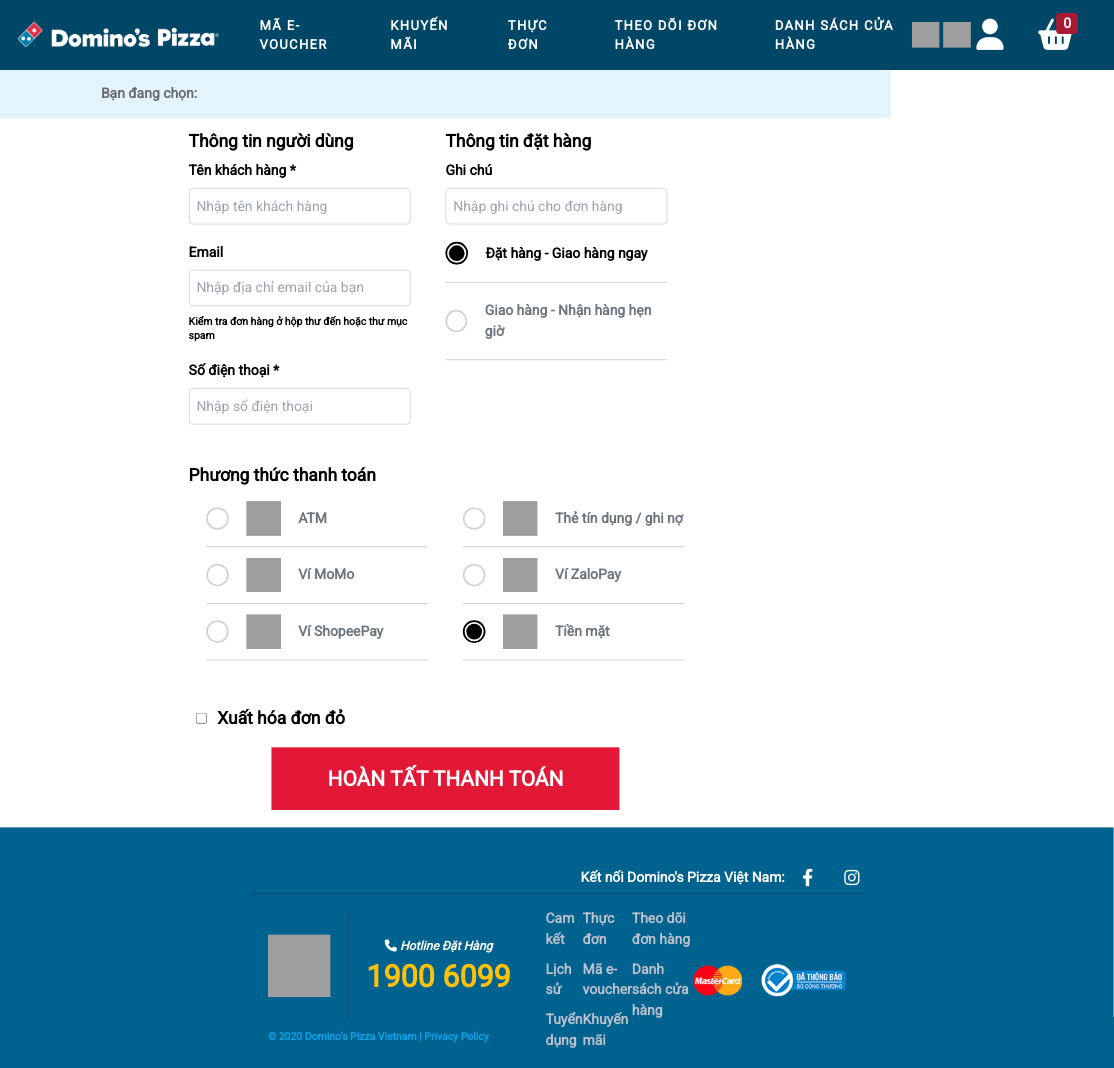
Repository: iphoneboy46/pizza-domino
Page: /thanhtoan
The author's editor kept a copy of each file at every save. The page is drawn from the files as they stood at one save, then again after the next save.
The browser window is 1280 px wide. The pictures show the whole page, at 87% of full size.
Pictures or frames that could not be fetched are drawn as grey boxes. The page's requests for data from a server got no answer. Some web libraries are served in a nearby version. The project was rebuilt for these pictures with package versions that can differ from the ones it lists, and the page was loaded fresh each time. No one was signed in, and anything a server would have sent is missing. Also part of the build but not shown: src/components/Slides/Slides.css, src/components/Slides/Slides.js, src/components/SearchAddress/SearchAddress.css, src/components/SearchAddress/SearchAddress.js, src/components/page/Order/Order.js, src/components/page/Home/Home.css, src/components/page/Login/Login.css, src/components/page/InputField/InputField.js and 35 more.

Above is the page before, as saved 2023-03-01 14:15:38.

After the next save:
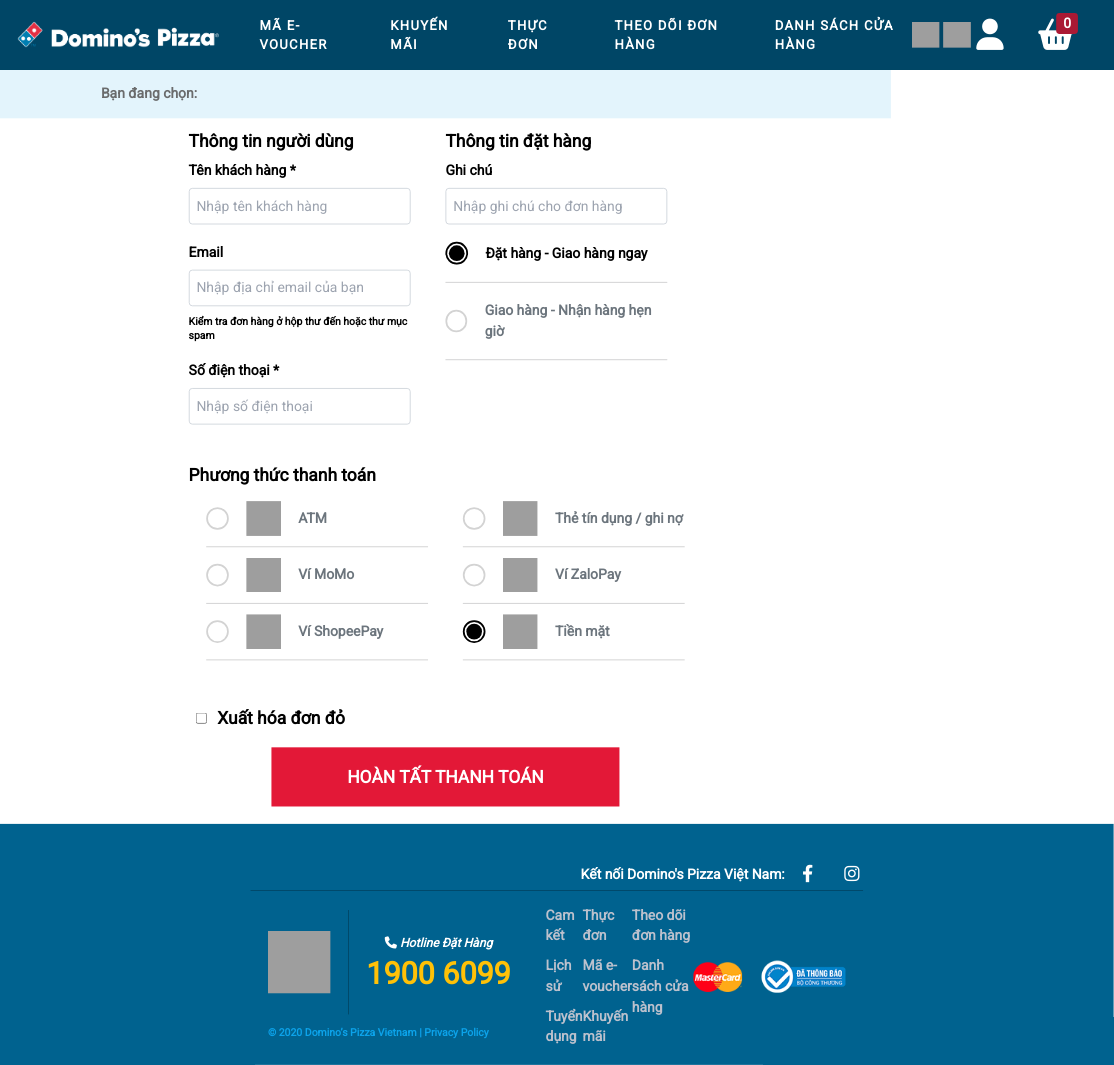
Saved 19 s later.
--- a/src/components/page/ThanhToan/ThanhToan.js
+++ b/src/components/page/ThanhToan/ThanhToan.js
@@ -415,7 +415,7 @@
               </div>
             )}
           </div>
-          <div className="m-auto font-bold text-2xl uppercase bg-[#E31837] w-[400px] p-5 text-center text-white mb-5">Hoàn tất thanh toán</div>
+          <div className="m-auto font-bold text-xl uppercase bg-[#E31837] w-[400px] p-5 text-center text-white mb-5">Hoàn tất thanh toán</div>
         </div>
 
         <div className="w-[20%]"></div>
